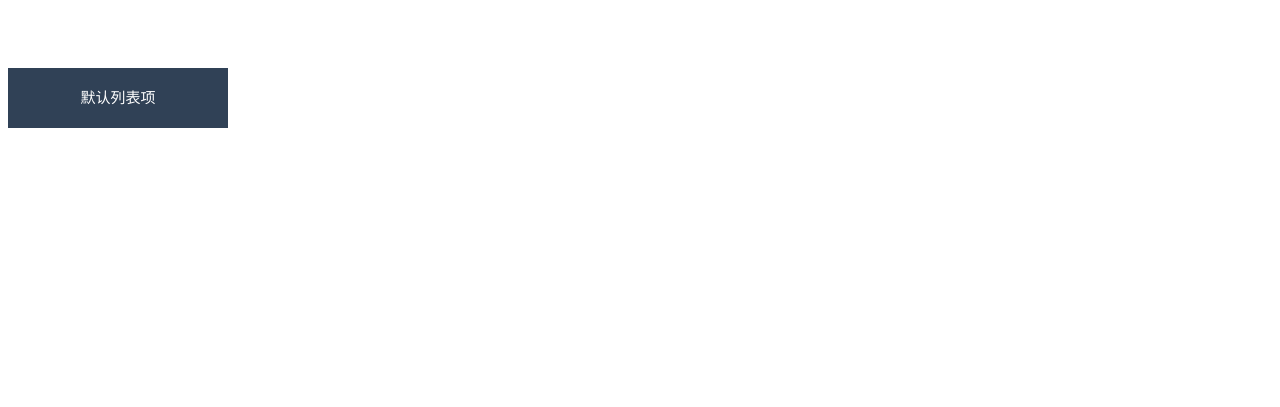
Repository: shandamengcheng/graduate-project
Page: /home
These files come from the project's save history. The page is drawn as it stood at one moment and after the next save; the edit follows.
The browser window is 1280 px wide. The pictures show the whole page.
The project was rebuilt for these pictures with package versions that can differ from the ones it lists, and the page was loaded fresh each time. Also part of the build but not shown: src/views/Login.vue.

Above is the page before, as saved 2021-03-10 22:42:00.

After the next save:
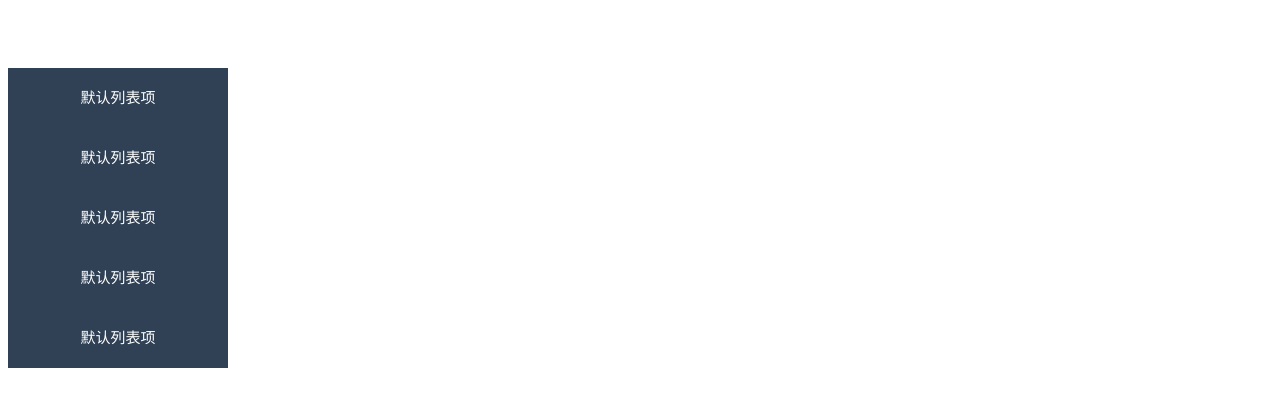
Saved 78 s later.
--- a/src/views/SideBar.vue
+++ b/src/views/SideBar.vue
@@ -1,5 +1,9 @@
 <template>
   <div class="sidebar">
+    <SideBarItem />
+    <SideBarItem />
+    <SideBarItem />
+    <SideBarItem />
     <SideBarItem />
   </div>
 </template>
@@ -23,5 +27,7 @@ export default {
   font-size: 15px;
   text-align: center;
   height: 100%;
+  display: flex;
+  flex-direction: column;
 }
 </style>
